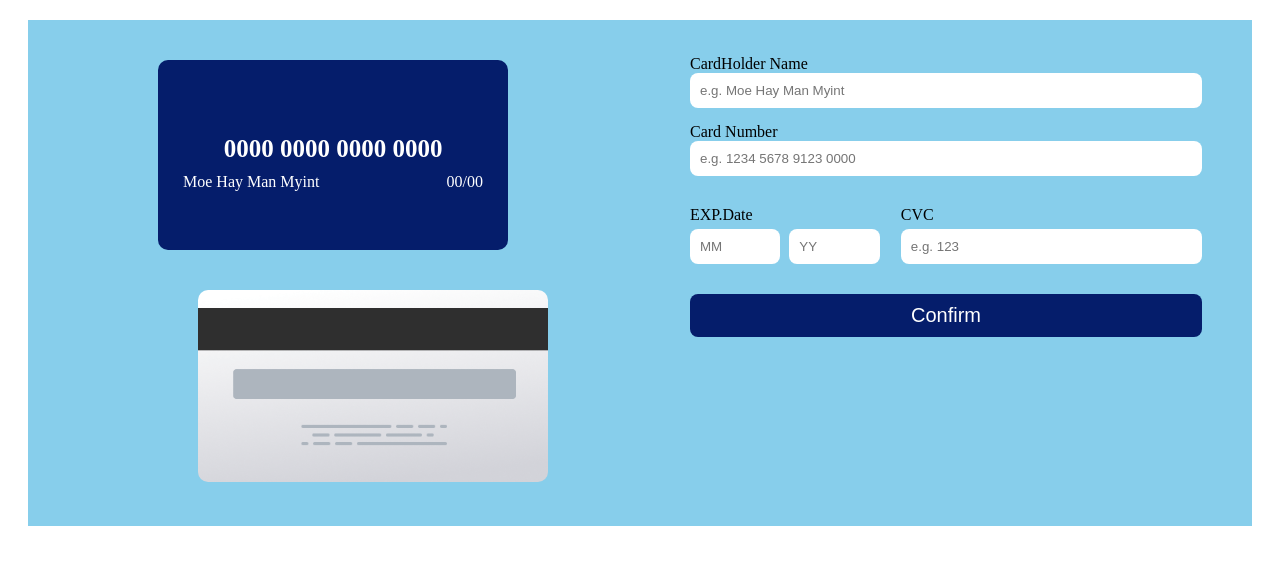
Repository: moehaymanmyint/Interactive-Card-Details-Form
Page: index.html
The author's editor kept a copy of each file at every save. The page is drawn from the files as they stood at one save, then again after the next save.
The browser window is 1280 px wide. The pictures show the whole page.

Above is the page before, as saved 2024-10-16 22:50:51.

### index.html
<!DOCTYPE html>
<html lang="en">
<head>
    <meta charset="UTF-8">
    <meta name="viewport" content="width=device-width, initial-scale=1.0">
    <title>Interactive Card Details Form</title>
    <link rel="stylesheet" href="style.css">
</head>
<body>
    <div class="container">
        <!-- Left Side -->
    <div class="left-container">
        <div class="front-card">
            <div class="number" style="text-align: center; margin-top: 50px ;" >0000 0000 0000 0000</div>
            <div class="" style="display: flex; justify-content: space-between; margin-top: 10px;">
                <span class="name">Moe Hay Man Myint</span>
                <span class="date">00/00</span>
            </div>
        </div>
        <div class="back-card">
            <img src="./img/bg-card-back.png" alt="">
        </div>
    </div>

    <!-- Right Side -->
    <div class="right-container">
        <form action="">
            <div class="card-name">
                <label for="">CardHolder Name</label><br>
                <input type="text" placeholder="e.g. Moe Hay Man Myint" class="card-input">
            </div>
            <div class="card-number">
                <label for="">Card Number</label><br>
                <input type="number" placeholder="e.g. 1234 5678 9123 0000" class="card-input">
            </div>
            <div class="card-info">
                <div class="" style="width: 40%;">
                    <label for="">EXP.Date</label><br>
                    <input type="text" placeholder="MM" class="card-date">
                    <input type="text" placeholder="YY" class="card-date">
                </div>
                <div class="cvc" style="width: 60%;">
                    <label for="">CVC</label><br>
                    <input type="number" placeholder="e.g. 123" class="card-cvc">
                </div>
            </div>

            <div class="btn">
                <input type="submit" value="Confirm" class="confirm-btn">
            </div>
        </form>
    </div>
    </div>
</body>
</html>

### style.css
.container{
    background-color: skyblue;
    display: flex;
    justify-content: center;
    margin: 20px;
}

.left-container,
.right-container {
    margin: 20px 50px;
    width: 50%;
}

.front-card{
    background-color: rgb(5, 29, 107);
    color: white;
    padding: 25px;
    border-radius: 10px;
    height: 140px;
    width: 300px;
    margin: 20px 80px;
}

.front-card .number{
    font-size: 25px;
    font-weight: bold;

}

.back-card img{
    width: 350px;
    margin: 20px 40px;
    border-radius: 10px;
    margin-left: 120px;
}

.right-container div{
    margin: 15px 0;
}

.card-input {
    width: 100%;
    border: none;
    padding: 10px;
    border-radius: 8px;
    box-sizing: border-box;
}

.card-date {
    width: 45%;
    margin-top: 5px;
    margin-right: 5px;
    border: none;
    padding: 10px;
    border-radius: 8px;
    box-sizing: border-box;
}

.card-cvc {
    width: 100%;
    margin-top: 5px;
    border: none;
    padding: 10px;
    border-radius: 8px;
    box-sizing: border-box;
}

.confirm-btn {
    width: 100%;
    padding: 10px;
    border-radius: 8px;
    border: none;
    background-color: rgb(5, 29, 107);
    font-size: 20px;
    color: white;
    cursor: pointer;
}

.card-info {
    display: flex;
    justify-content: space-between;
    gap: 10px;
}

After the next save:
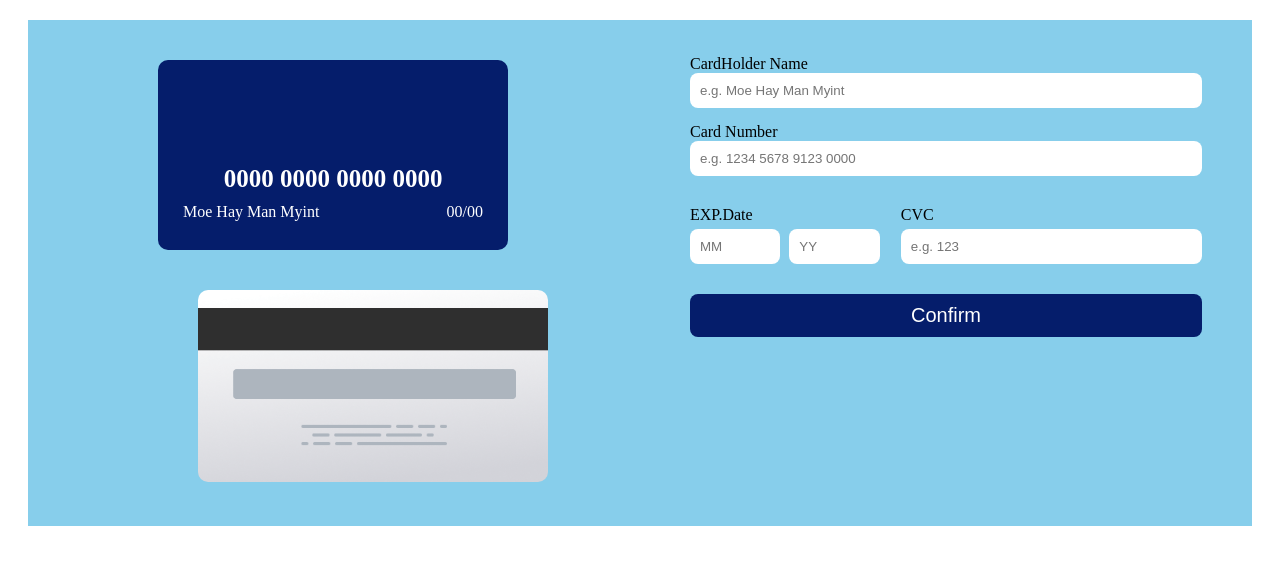
Saved 19 s later.
--- a/index.html
+++ b/index.html
@@ -11,7 +11,7 @@
         <!-- Left Side -->
     <div class="left-container">
         <div class="front-card">
-            <div class="number" style="text-align: center; margin-top: 50px ;" >0000 0000 0000 0000</div>
+            <div class="number" style="text-align: center; margin-top: 80px ;" >0000 0000 0000 0000</div>
             <div class="" style="display: flex; justify-content: space-between; margin-top: 10px;">
                 <span class="name">Moe Hay Man Myint</span>
                 <span class="date">00/00</span>
